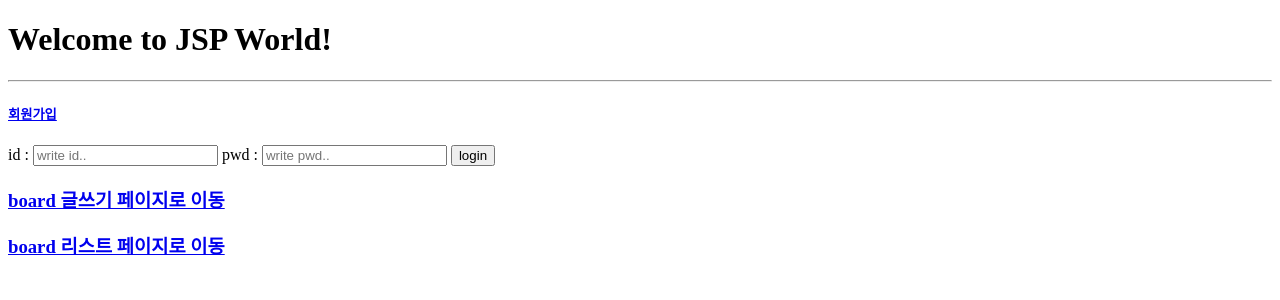
Repository: Umc404/jsp
Page: http://localhost/jsp_study/
The author's editor kept a copy of each file at every save. The page is drawn from the files as they stood at one save, then again after the next save.
The browser window is 1280 px wide. The pictures show the whole page.
The page is served by Tomcat 9. The template is opened directly, without the code that normally fills it, so the values that code supplies are empty.

Above is the page before, as saved 2024-10-25 08:43:57.

After the next save:
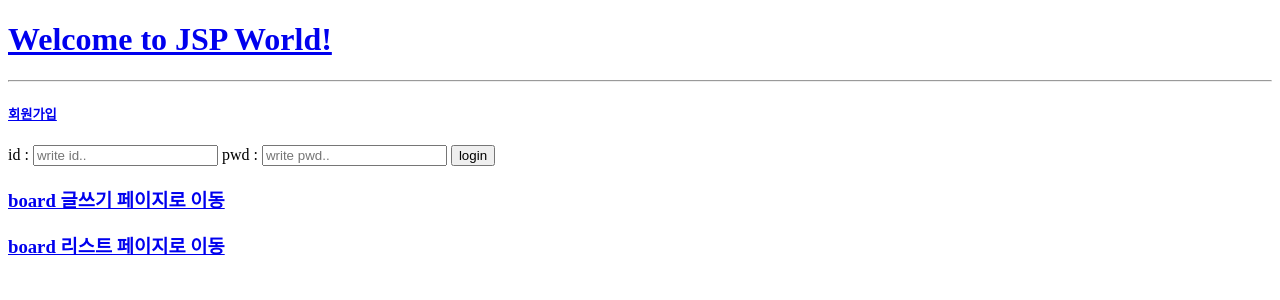
Saved 55 s later.
--- a/jsp_study/src/main/webapp/index.jsp
+++ b/jsp_study/src/main/webapp/index.jsp
@@ -8,7 +8,7 @@
 <title>Insert title here</title>
 </head>
 <body>
-	<h1>Welcome to JSP World!</h1>
+	<h1><a href="/index.jsp">Welcome to JSP World!</a></h1>
 	<hr>
 	<h5><a href="/mem/join">회원가입</a></h5>
 
